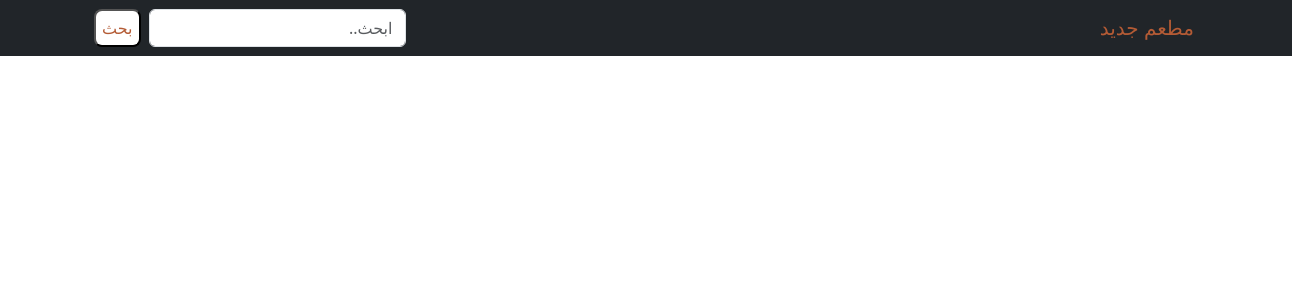
Repository: kerlos-alfy/Restaurant-Menu
Page: /
The author's editor kept a copy of each file at every save. The page is drawn from the files as they stood at one save, then again after the next save.
The browser window is 1280 px wide. The page is 1292 px wide, so the pictures cover 1292 px, including what lies to the right of the window. The pictures show the whole page.
Some web fonts or font styles are not loaded; a fallback is used. The project was rebuilt for these pictures with package versions that can differ from the ones it lists, and the page was loaded fresh each time. Also part of the build but not shown: vite.config.js, src/App.css.

Above is the page before, as saved 2024-12-20 01:03:52.

### index.html
<!DOCTYPE html>
<html lang="ar" dir="rtl">
	<head>
		<meta charset="UTF-8" />
		<link rel="icon" type="image/svg+xml" href="/vite.svg" />
		<link
			rel="stylesheet"
			href="https://cdn.jsdelivr.net/npm/bootstrap@5.3.2/dist/css/bootstrap.min.css"
			integrity="sha384-T3c6CoIi6uLrA9TneNEoa7RxnatzjcDSCmG1MXxSR1GAsXEV/Dwwykc2MPK8M2HN"
			crossorigin="anonymous" />
		<!-- Start Font Google Arabic  -->
		<link rel="preconnect" href="https://fonts.googleapis.com" />
		<link rel="preconnect" href="https://fonts.gstatic.com" crossorigin />
		<link
			href="https://fonts.googleapis.com/css2?family=Alkalami&family=Almarai:wght@300;400;700;800&family=Cairo:wght@200..1000&family=Rakkas&display=swap"
			rel="stylesheet" />
		<!-- End Font Google Arabic  -->
		<meta name="viewport" content="width=device-width, initial-scale=1.0" />
		<title>Vite + React</title>
	</head>
	<body>
		<div id="root"></div>
		<script type="module" src="/src/main.jsx"></script>
	</body>
</html>

### src/index.css
/* :root {
  font-family: Inter, system-ui, Avenir, Helvetica, Arial, sans-serif;
  line-height: 1.5;
  font-weight: 400;

  color-scheme: light dark;
  color: rgba(255, 255, 255, 0.87);
  background-color: #242424;

  font-synthesis: none;
  text-rendering: optimizeLegibility;
  -webkit-font-smoothing: antialiased;
  -moz-osx-font-smoothing: grayscale;
}

a {
  font-weight: 500;
  color: #646cff;
  text-decoration: inherit;
}
a:hover {
  color: #535bf2;
}

body {
  margin: 0;
  display: flex;
  place-items: center;
  min-width: 320px;
  min-height: 100vh;
}

h1 {
  font-size: 3.2em;
  line-height: 1.1;
}

button {
  border-radius: 8px;
  border: 1px solid transparent;
  padding: 0.6em 1.2em;
  font-size: 1em;
  font-weight: 500;
  font-family: inherit;
  background-color: #1a1a1a;
  cursor: pointer;
  transition: border-color 0.25s;
}
button:hover {
  border-color: #646cff;
}
button:focus,
button:focus-visible {
  outline: 4px auto -webkit-focus-ring-color;
}

@media (prefers-color-scheme: light) {
  :root {
    color: #213547;
    background-color: #ffffff;
  }
  a:hover {
    color: #747bff;
  }
  button {
    background-color: #f9f9f9;
  }
} */

.color-body {
	background-color: #f8f8f8;
	height: 100vh;
}
.font {
	font-family: "Almarai", sans-serif;
}
.title {
	color: #224f61;
	font-family: Almarai;
	font-size: 30px;
	font-weight: bold;
	letter-spacing: 0;
	line-height: 64px;
}
.underline {
	height: 1px;
	width: 200px;
	border-radius: 10px;
	border: 2px solid #b45b35;
}
.btn {
	color: black;
	font-family: Almarai;
	font-size: 18px;
	letter-spacing: 0;
	line-height: 24px;
}
.btn:hover {
	color: black;
	font-family: Almarai;
	font-size: 18px;
	font-weight: bold;
	letter-spacing: 0;
	line-height: 24px;
	border-radius: 11px;
	border: none;
	background-color: #b45b35;
}
.img-item {
	height: 180px;
	width: 252px;
	border-radius: 5px;
}
.item-description {
	color: #8c8c8c;
	font-family: Almarai;
	font-size: 16px;
	letter-spacing: 0;
	line-height: 20px;
}
.item-title {
	color: #555555;
	font-family: Almarai;
	font-size: 16px;
	font-weight: bold;
	letter-spacing: 0;
	line-height: 20px;
}
.card-color {
	background-color: #f8f8f8;
}
.item-price {
	color: #b45b35;
	font-family: Almarai;
	font-size: 16px;
	font-weight: bold;
	letter-spacing: 0;
	line-height: 20px;
}
.btn-search {
	color: #b45b35;
	border-radius: 3px solid #b45b35;
	border-radius: 8px;
	background-color: white;
}
.btn-search:hover {
	color: white;
	border-radius: 3px solid white;
	background-color: #b45b35;
	border-radius: 8px;
}
.brand-color {
	color: #b45b35;
}

### src/App.jsx
import "./App.css";
import NavBar from "./components/NavBar";
function App() {
	return (
		<>
			<NavBar />
		</>
	);
}

export default App;

### src/components/NavBar.jsx
import { Navbar, Container, Row, Nav, Form, FormControl } from "react-bootstrap";
const NavBar = () => {
	return (
		<Row>
			<Navbar bg="dark" expand="lg" variant="dark">
				<Container>
					<Navbar.Brand href="#">
						<div className="brand-color">مطعم جديد</div>
					</Navbar.Brand>
					<Navbar.Toggle aria-controls="navbarScroll" />
					<Navbar.Collapse id="navbarScroll">
						<Nav className="me-auto my-2 my-lg-0" style={{ maxHeight: "100px" }} navbarScroll></Nav>
						<Form className="d-flex">
							<FormControl type="text" placeholder="ابحث.." className="mx-2" />
							<button className="btn-search">بحث</button>
						</Form>
					</Navbar.Collapse>
				</Container>
			</Navbar>
		</Row>
	);
};

export default NavBar;

Loaded but not shown: src/main.jsx (common file)

After the next save:
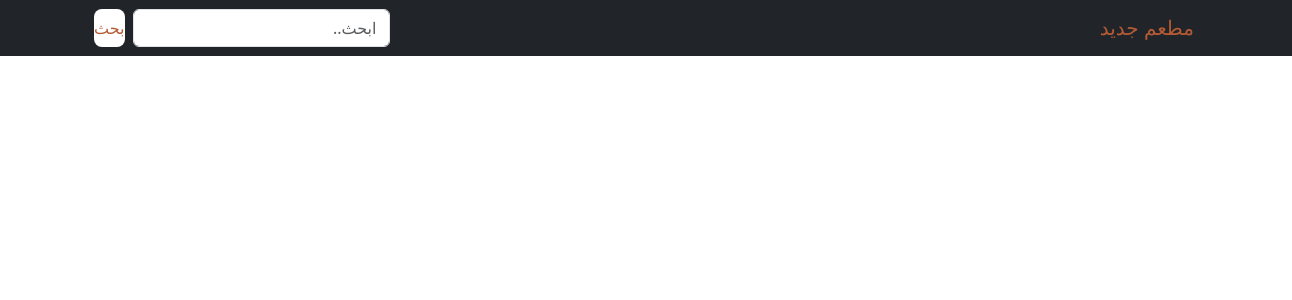
Saved 113 s later.
--- a/src/index.css
+++ b/src/index.css
@@ -138,6 +138,13 @@ button:focus-visible {
 	line-height: 20px;
 }
 .btn-search {
+	background: none;
+	color: inherit;
+	border: none;
+	padding: 0;
+	font: inherit;
+	cursor: pointer;
+	outline: inherit;
 	color: #b45b35;
 	border-radius: 3px solid #b45b35;
 	border-radius: 8px;
